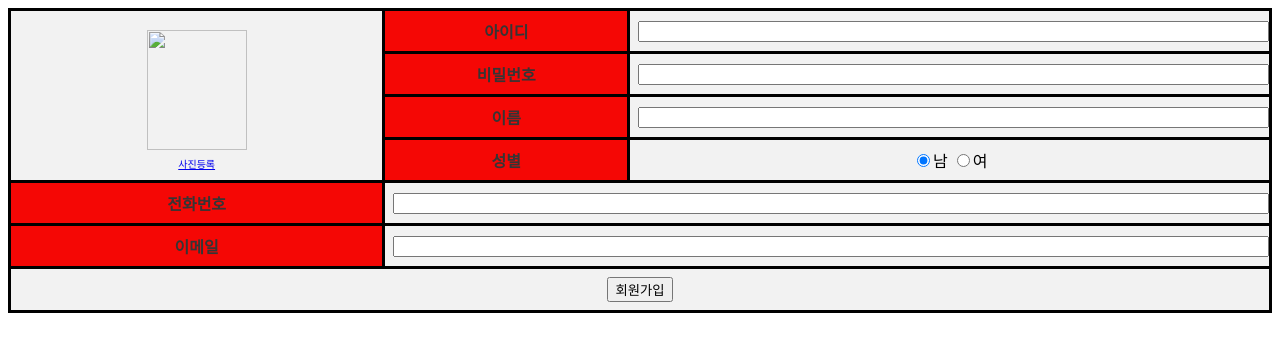
Repository: LucestDail/jdbcWorkspace
Page: http://localhost/jdbcProject/model1/member/joinForm.jsp
The author's editor kept a copy of each file at every save. The page is drawn from the files as they stood at one save, then again after the next save.
The browser window is 1280 px wide. The pictures show the whole page.
The page is served by Tomcat 9.

Above is the page before, as saved 2020-11-18 04:36:59.
Console error: SyntaxError: Unexpected string

After the next save:
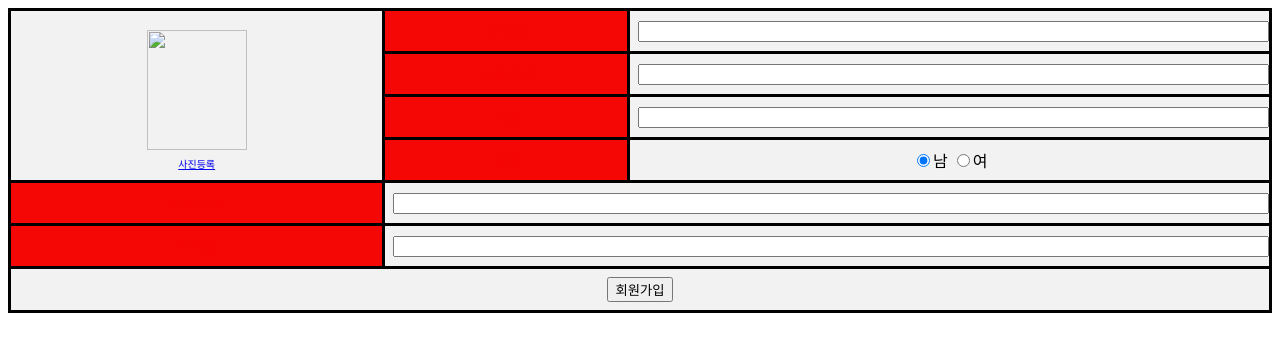
Saved 45 s later.
--- a/jdbcProject/WebContent/css/main.css
+++ b/jdbcProject/WebContent/css/main.css
@@ -11,7 +11,7 @@ th,td{
 }
 th{
 	background-color: #F50705;
-	color: #353535;
+	color: #F50705;
 }
 td{
 	background-color:#f2f2f2;
